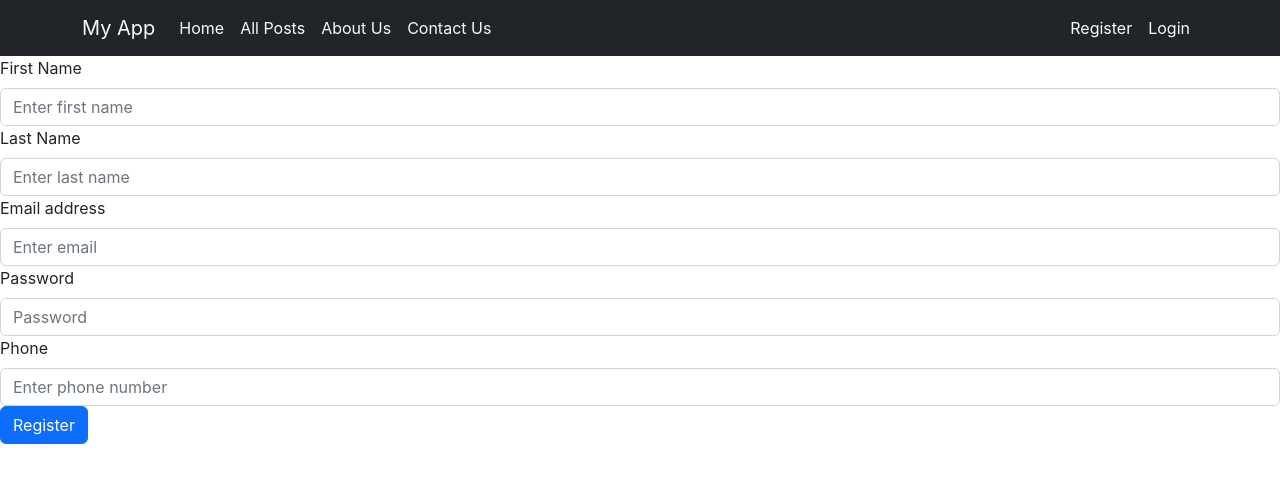
Repository: HiteshKumarMeghwar/react-redux-golang-mysql
Page: /register (app in react-redux/)
The author's editor kept a copy of each file at every save. The page is drawn from the files as they stood at one save, then again after the next save.
The browser window is 1280 px wide. The pictures show the whole page.
Some web libraries are served in a nearby version. The project was rebuilt for these pictures with package versions that can differ from the ones it lists, and the page was loaded fresh each time. Also part of the build but not shown: react-redux/src/App.css, react-redux/src/components/Login.js, react-redux/src/components/Dashboard.js, react-redux/src/components/AllPosts.js, react-redux/src/components/AboutUs.js, react-redux/src/components/ContactUs.js.

Above is the page before, as saved 2023-03-15 11:26:14.

### react-redux/public/index.html
<!DOCTYPE html>
<html lang="en">
  <head>
    <meta charset="utf-8" />
    <link rel="icon" href="%PUBLIC_URL%/favicon.ico" />
    <meta name="viewport" content="width=device-width, initial-scale=1" />
    <meta name="theme-color" content="#000000" />
    <meta
      name="description"
      content="Web site created using create-react-app"
    />
    <link rel="apple-touch-icon" href="%PUBLIC_URL%/logo192.png" />
    <!--
      manifest.json provides metadata used when your web app is installed on a
      user's mobile device or desktop. See https://developers.google.com/web/fundamentals/web-app-manifest/
    -->
    <link rel="manifest" href="%PUBLIC_URL%/manifest.json" />
  <link href="https://cdn.jsdelivr.net/npm/bootstrap@5.0.2/dist/css/bootstrap.min.css" rel="stylesheet" integrity="sha384-EVSTQN3/azprG1Anm3QDgpJLIm9Nao0Yz1ztcQTwFspd3yD65VohhpuuCOmLASjC" crossorigin="anonymous">
  <link rel="stylesheet" href="https://cdnjs.cloudflare.com/ajax/libs/font-awesome/6.3.0/css/all.min.css" integrity="sha512-SzlrxWUlpfuzQ+pcUCosxcglQRNAq/DZjVsC0lE40xsADsfeQoEypE+enwcOiGjk/bSuGGKHEyjSoQ1zVisanQ==" crossorigin="anonymous" referrerpolicy="no-referrer" />
    <!--
      Notice the use of %PUBLIC_URL% in the tags above.
      It will be replaced with the URL of the `public` folder during the build.
      Only files inside the `public` folder can be referenced from the HTML.

      Unlike "/favicon.ico" or "favicon.ico", "%PUBLIC_URL%/favicon.ico" will
      work correctly both with client-side routing and a non-root public URL.
      Learn how to configure a non-root public URL by running `npm run build`.
    -->
    <title>React App</title>
  </head>
  <body>
    <noscript>You need to enable JavaScript to run this app.</noscript>
    <div id="root"></div>
    <!--
      This HTML file is a template.
      If you open it directly in the browser, you will see an empty page.

      You can add webfonts, meta tags, or analytics to this file.
      The build step will place the bundled scripts into the <body> tag.

      To begin the development, run `npm start` or `yarn start`.
      To create a production bundle, use `npm run build` or `yarn build`.
    -->
    <script src="https://cdn.jsdelivr.net/npm/bootstrap@5.0.2/dist/js/bootstrap.bundle.min.js" integrity="sha384-MrcW6ZMFYlzcLA8Nl+NtUVF0sA7MsXsP1UyJoMp4YLEuNSfAP+JcXn/tWtIaxVXM" crossorigin="anonymous"></script>
  </body>
</html>

### react-redux/src/App.js
import React from 'react'
import './App.css'
import Nav from './navbar/Nav'
import { BrowserRouter, Route, Routes } from 'react-router-dom';
import Login from './components/Login'
import Register from './components/Register'
import Dashboard from './components/Dashboard'
import AllPosts from './components/AllPosts'
import AboutUs from './components/AboutUs'
import ContactUs from './components/ContactUs'

const App = () => {
  return (
    <>
      <BrowserRouter>
        <Nav />
        <Routes>
          <Route exact path='/' Component={Dashboard} />
          <Route exact path='/login' Component={Login} />
          <Route exact path='/register' Component={Register} />
          <Route exact path='/all_posts' Component={AllPosts} />
          <Route exact path='/about_us' Component={AboutUs} />
          <Route exact path='/contact_us' Component={ContactUs} />
        </Routes>
      </BrowserRouter>
    </>
  )
}

export default App

### react-redux/src/navbar/Nav.js
import React from 'react'
import { Link } from 'react-router-dom';

const Nav = () => {
    return (
        <>
        <nav className="navbar navbar-expand-lg navbar-light bg-dark">
            <div className="container">
                <Link className="navbar-brand text-light" to="/">My App</Link>
                <div className="collapse navbar-collapse">
                    <ul className="navbar-nav me-auto mb-2 mb-lg-0">
                        <li className="nav-item">
                            <Link className="nav-link text-light" to="/">Home</Link>
                        </li>
                        <li className="nav-item">
                            <Link className="nav-link text-light" to="/all_posts">All Posts</Link>
                        </li>
                        <li className="nav-item">
                            <Link className="nav-link text-light" to="/about_us">About Us</Link>
                        </li>
                        <li className="nav-item">
                            <Link className="nav-link text-light" to="/contact_us">Contact Us</Link>
                        </li>
                    </ul>
                </div>
                <div id="navbarSupportedContent" className='float-end'>
                    <ul className="navbar-nav me-auto mb-2 mb-lg-0">
                        <li className="nav-item">
                            <Link className="nav-link text-light" to="/register">Register</Link>
                        </li>
                        <li className="nav-item">
                            <Link className="nav-link text-light" to="/login">Login</Link>
                        </li>
                    </ul>
                </div>
            </div>
        </nav>
        </>
    )
}

export default Nav

### react-redux/src/components/Register.js
import React, { useState } from 'react'
import { Form, Button } from 'react-bootstrap';

const Register = () => {

  const [firstName, setFirstName] = useState('');
  const [lastName, setLastName] = useState('');
  const [email, setEmail] = useState('');
  const [password, setPassword] = useState('');
  const [phone, setPhone] = useState('');
  const [errors, setErrors] = useState({});

  const handleSubmit = (e) => {
    e.preventDefault();
    // validate form fields
    const errors = {};
    if (!firstName) {
      errors.firstName = 'First name is required';
    }
    if (!lastName) {
      errors.lastName = 'Last name is required';
    }
    if (!email) {
      errors.email = 'Email is required';
    } else if (!/\S+@\S+\.\S+/.test(email)) {
      errors.email = 'Email is invalid';
    }
    if (!password) {
      errors.password = 'Password is required';
    } else if (password.length < 8) {
      errors.password = 'Password must be at least 8 characters long';
    }
    if (!phone) {
      errors.phone = 'Phone is required';
    }
    if (Object.keys(errors).length > 0) {
      setErrors(errors);
    } else {
      // submit the form
      console.log('Form submitted');
    }
  };

  return (
    <>
      <Form onSubmit={handleSubmit}>
        <Form.Group controlId="formFirstName">
          <Form.Label>First Name</Form.Label>
          <Form.Control
            type="text"
            placeholder="Enter first name"
            value={firstName}
            onChange={(event) => setFirstName(event.target.value)}
            isInvalid={errors.firstName}
          />
          <Form.Control.Feedback type="invalid">
            {errors.firstName}
          </Form.Control.Feedback>
        </Form.Group>
        <Form.Group controlId="formLastName">
          <Form.Label>Last Name</Form.Label>
          <Form.Control
            type="text"
            placeholder="Enter last name"
            value={lastName}
            onChange={(event) => setLastName(event.target.value)}
            isInvalid={errors.lastName}
          />
          <Form.Control.Feedback type="invalid">
            {errors.lastName}
          </Form.Control.Feedback>
        </Form.Group>
        <Form.Group controlId="formEmail">
          <Form.Label>Email address</Form.Label>
          <Form.Control
            type="email"
            placeholder="Enter email"
            value={email}
            onChange={(event) => setEmail(event.target.value)}
            isInvalid={errors.email}
          />
          <Form.Control.Feedback type="invalid">
            {errors.email}
          </Form.Control.Feedback>
        </Form.Group>
        <Form.Group controlId="formPassword">
          <Form.Label>Password</Form.Label>
          <Form.Control
            type="password"
            placeholder="Password"
            value={password}
            onChange={(event) => setPassword(event.target.value)}
            isInvalid={errors.password}
          />
          <Form.Control.Feedback type="invalid">
            {errors.password}
          </Form.Control.Feedback>
        </Form.Group>
        <Form.Group controlId="formPhone">
          <Form.Label>Phone</Form.Label>
          <Form.Control
            type="tel"
            placeholder="Enter phone number"
            value={phone}
            onChange={(event) => setPhone(event.target.value)}
            isInvalid={errors.phone}
          />
          <Form.Control.Feedback type="invalid">
            {errors.phone}
          </Form.Control.Feedback>
        </Form.Group>
        <Button type='submit'>Register</Button>
      </Form>
    </>
  )
}

export default Register

Loaded but not shown: react-redux/src/index.js (common file); react-redux/src/index.css (common file); react-redux/src/reportWebVitals.js (common file)

After the next save:
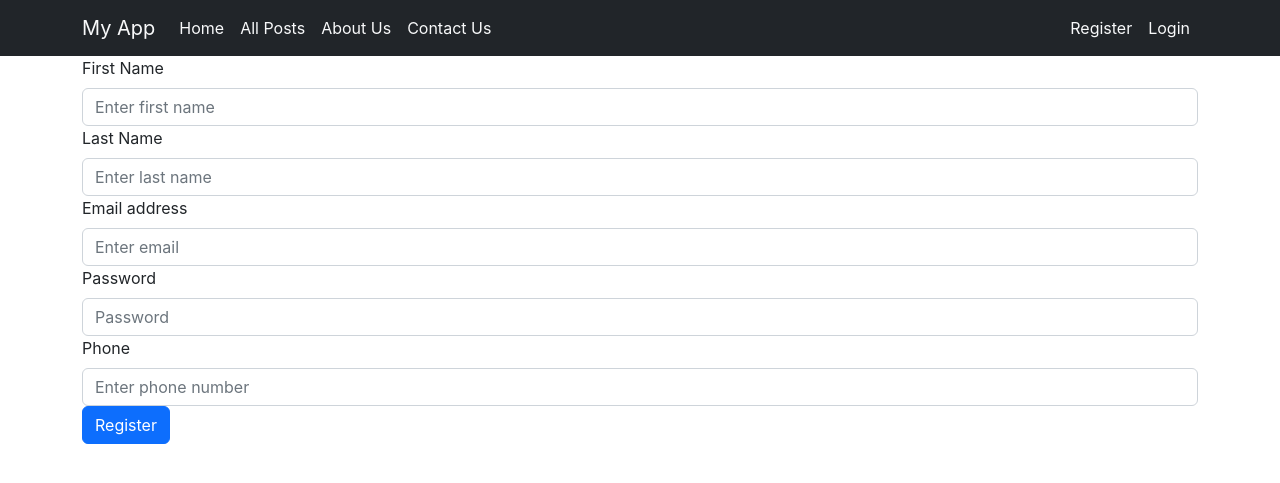
Saved 5 min 16 s later.
--- a/react-redux/src/components/Register.js
+++ b/react-redux/src/components/Register.js
@@ -43,74 +43,76 @@ const Register = () => {
 
   return (
     <>
-      <Form onSubmit={handleSubmit}>
-        <Form.Group controlId="formFirstName">
-          <Form.Label>First Name</Form.Label>
-          <Form.Control
-            type="text"
-            placeholder="Enter first name"
-            value={firstName}
-            onChange={(event) => setFirstName(event.target.value)}
-            isInvalid={errors.firstName}
-          />
-          <Form.Control.Feedback type="invalid">
-            {errors.firstName}
-          </Form.Control.Feedback>
-        </Form.Group>
-        <Form.Group controlId="formLastName">
-          <Form.Label>Last Name</Form.Label>
-          <Form.Control
-            type="text"
-            placeholder="Enter last name"
-            value={lastName}
-            onChange={(event) => setLastName(event.target.value)}
-            isInvalid={errors.lastName}
-          />
-          <Form.Control.Feedback type="invalid">
-            {errors.lastName}
-          </Form.Control.Feedback>
-        </Form.Group>
-        <Form.Group controlId="formEmail">
-          <Form.Label>Email address</Form.Label>
-          <Form.Control
-            type="email"
-            placeholder="Enter email"
-            value={email}
-            onChange={(event) => setEmail(event.target.value)}
-            isInvalid={errors.email}
-          />
-          <Form.Control.Feedback type="invalid">
-            {errors.email}
-          </Form.Control.Feedback>
-        </Form.Group>
-        <Form.Group controlId="formPassword">
-          <Form.Label>Password</Form.Label>
-          <Form.Control
-            type="password"
-            placeholder="Password"
-            value={password}
-            onChange={(event) => setPassword(event.target.value)}
-            isInvalid={errors.password}
-          />
-          <Form.Control.Feedback type="invalid">
-            {errors.password}
-          </Form.Control.Feedback>
-        </Form.Group>
-        <Form.Group controlId="formPhone">
-          <Form.Label>Phone</Form.Label>
-          <Form.Control
-            type="tel"
-            placeholder="Enter phone number"
-            value={phone}
-            onChange={(event) => setPhone(event.target.value)}
-            isInvalid={errors.phone}
-          />
-          <Form.Control.Feedback type="invalid">
-            {errors.phone}
-          </Form.Control.Feedback>
-        </Form.Group>
-        <Button type='submit'>Register</Button>
-      </Form>
+      <div className='container'>
+        <Form onSubmit={handleSubmit}>
+          <Form.Group controlId="formFirstName">
+            <Form.Label>First Name</Form.Label>
+            <Form.Control
+              type="text"
+              placeholder="Enter first name"
+              value={firstName}
+              onChange={(event) => setFirstName(event.target.value)}
+              isInvalid={errors.firstName}
+            />
+            <Form.Control.Feedback type="invalid">
+              {errors.firstName}
+            </Form.Control.Feedback>
+          </Form.Group>
+          <Form.Group controlId="formLastName">
+            <Form.Label>Last Name</Form.Label>
+            <Form.Control
+              type="text"
+              placeholder="Enter last name"
+              value={lastName}
+              onChange={(event) => setLastName(event.target.value)}
+              isInvalid={errors.lastName}
+            />
+            <Form.Control.Feedback type="invalid">
+              {errors.lastName}
+            </Form.Control.Feedback>
+          </Form.Group>
+          <Form.Group controlId="formEmail">
+            <Form.Label>Email address</Form.Label>
+            <Form.Control
+              type="email"
+              placeholder="Enter email"
+              value={email}
+              onChange={(event) => setEmail(event.target.value)}
+              isInvalid={errors.email}
+            />
+            <Form.Control.Feedback type="invalid">
+              {errors.email}
+            </Form.Control.Feedback>
+          </Form.Group>
+          <Form.Group controlId="formPassword">
+            <Form.Label>Password</Form.Label>
+            <Form.Control
+              type="password"
+              placeholder="Password"
+              value={password}
+              onChange={(event) => setPassword(event.target.value)}
+              isInvalid={errors.password}
+            />
+            <Form.Control.Feedback type="invalid">
+              {errors.password}
+            </Form.Control.Feedback>
+          </Form.Group>
+          <Form.Group controlId="formPhone">
+            <Form.Label>Phone</Form.Label>
+            <Form.Control
+              type="tel"
+              placeholder="Enter phone number"
+              value={phone}
+              onChange={(event) => setPhone(event.target.value)}
+              isInvalid={errors.phone}
+            />
+            <Form.Control.Feedback type="invalid">
+              {errors.phone}
+            </Form.Control.Feedback>
+          </Form.Group>
+          <Button type='submit'>Register</Button>
+        </Form>
+      </div>
     </>
   )
 }
